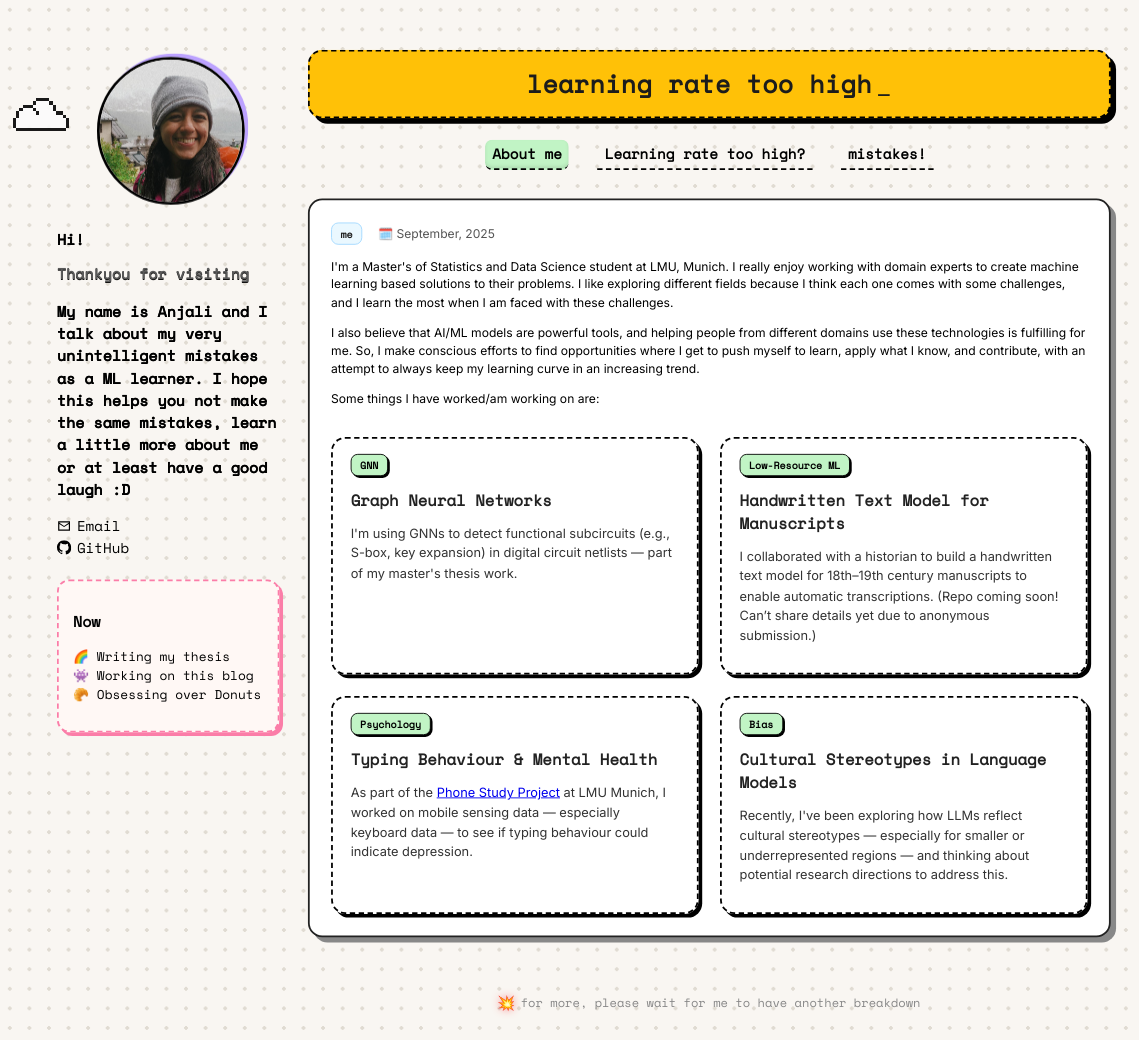
Repository: anjalisarawgi/learning_rate_too_high
Page: index.html
An editor plug-in stored every save of this project. The page is shown before and after the next save, followed by the edit.
The browser window is 1280 px wide. The pictures show the whole page, at 89% of full size.

Above is the page before, as saved 2025-11-03 18:28:15.

### index.html
<!DOCTYPE html>
<html lang="en">
<head>
  <meta charset="UTF-8" />
  <meta name="viewport" content="width=device-width, initial-scale=1.0" />
  <meta name="title" content="Learning Rate Too High – Machine Learning Mistakes by Anjali Sarawgi">
  <meta name="description" content="A lighthearted blog documenting my ML experiments, mistakes, and lessons learned.">
  <meta name="author" content="Anjali Sarawgi">
  <meta name="robots" content="index, follow">
  <link rel="canonical" href="https://anjalisarawgi.github.io/learning_rate_too_high/">
  <title>learning rate too high</title>
  <!-- <link href="https://fonts.googleapis.com/css2?family=Space+Mono&family=Press+Start+2P&display=swap" rel="stylesheet"> -->
  <link href="https://fonts.googleapis.com/css2?family=Space+Mono&family=Press+Start+2P&family=Inter&display=swap" rel="stylesheet">
  <style>
    body {
      font-family: 'Space Mono', monospace;
      background-color: #F9F6F2;
      margin: 0;
      padding: 2rem;
      /* background-image: radial-gradient(#ebe9e9 2px, transparent 1px); */
      background-image: radial-gradient(#E0DBD2 2px, transparent 2px);
      background-size: 22px 22px;
    }

    header {
      background: #FFC107;
      color: #1C1C1C;
      padding: 1rem 2rem;
      font-size: 1.75rem;
      font-weight: 700;
      font-family: 'Space Mono', monospace;
      border: 2px dashed #000;
      border-radius: 1rem;
      box-shadow: 6px 6px 0 #000;
      max-width: 900px;
      margin: 1.5rem auto;
      text-align: center;
      letter-spacing: 0.5px;
      transition: all 0.2s ease;

    }

    .cursor {
      display: inline-block;
      margin-left: 0.3rem;
      animation: blink 1s steps(2, start) infinite;
      font-weight: 400;
    }

    @keyframes blink {
      to {
        visibility: hidden;
      }
    }

    nav {
      display: flex;
      justify-content: center;
      gap: 2rem;
      margin: 1.5rem 0;
      flex-wrap: wrap;
    }

    nav a {
  text-decoration: none;
  color: #000;
  font-weight: bold;
  border-bottom: 2px dashed #000;
  padding: 0.25rem 0.5rem;
  transition: all 0.2s ease;
}

nav a:hover {
  background: #A9E6AE; /* slightly darker green */
  border-radius: 0.5rem;
  transform: scale(1.05);
}

nav a.active {
  background: #C1F4C5; /* light green */
  border-radius: 0.5rem;
  font-weight: 700;
  box-shadow: inset 0 -2px 4px rgba(0,0,0,0.1);
}

    .card {
      background: #fff;
      border: 2px solid #222;
      border-radius: 1rem;
      box-shadow: 6px 6px 0 #888;
      padding: 1.5rem;
      margin: 2rem auto;
      max-width: 900px;
      transition: all 0.2s ease;


    }

    .card:hover {
      box-shadow: 8px 8px 0 #aaa;
      transform: translate(-2px, -2px);
    }

    .card h2 {
      margin-top: 0;
      color: #222;
    }

    .card small {
      color: #555;
    }

    .tag {
      display: inline-block;
      background: #EAF8FF;
      color: #1C1C1C;
      border: 1px solid #A1D8FF;
      font-size: 0.7rem;
      font-weight: bold;
      padding: 0.2rem 0.6rem;
      margin-right: 0.5rem;
      border-radius: 0.5rem;
    }

    .footer-cta {
      text-align: center;
      margin-top: 4rem;
      font-size: 1rem;
    }

    .now-block {
  background: #fff8f5;
  border: 2px dashed #FB7DA8;   /* soft coral-red border */
  box-shadow: 4px 4px 0 #FB7DA8; /* peach-orange shadow */
  border-radius: 0.85rem;
  padding: 1rem;
  font-size: 0.9rem;
  color: #000;
  margin-top: 1.5rem;
  transition: all 0.25s ease;
}

.now-block:hover {
  transform: translate(-2px, -2px);
  box-shadow: 6px 6px 0 #ffccb6;
  background: #fff4f0;
}
    footer {
      text-align: center;
      margin-top: 4rem;
      color: #888;
      font-size:
       0.85rem;
    }

    .intro-bold {
      font-weight: 700;
      font-size: 1.05rem;
      /* color: #111; */
      text-shadow: 0.1px 0.1px #111
    }
    .cute-photo {
  width: 160px;
  height: 160px;
  object-fit: cover;
  border: 3px solid #000;
  box-shadow: 4px 4px 0 #bca2ff;
  /* box-shadow: 4px 4px 0 #a2d2ff; soft blue shadow */
    /* box-shadow: 4px 4px 0 #f4a7a0; pastel red shadow */
  background-color: #fff8e1;
  background: radial-gradient(circle at 30% 30%, #fff8e1 0%, #f2e3ff 80%);
  border-radius: 50%;
  margin: 0 auto 1.5rem auto;
  display: block;

  /* Proper flower mask pattern */
  mask: radial-gradient(circle at center, black 60%, transparent 61%)
        repeat-conic-gradient(black 0deg 20deg, transparent 20deg 40deg);
  -webkit-mask: radial-gradient(circle at center, black 60%, transparent 61%)
                repeat-conic-gradient(black 0deg 20deg, transparent 20deg 40deg);
  mask-composite: intersect;
  -webkit-mask-composite: destination-in;

  transition: transform 0.3s ease;
  transform: rotate(-90deg);
}

.pumpkin-mascot {
  position: fixed;
  bottom: 20px;
  right: 20px;
  width: 60px;
  image-rendering: pixelated; /* keeps that crisp pixel look */
  z-index: 1000;
  transition: transform 0.3s ease;
}
.pumpkin-mascot:hover {
  transform: rotate(8deg) scale(1.1);
}


.profile-photo {
  position: relative;
  z-index: 2;  /* photo stays in front */
  width: 200px; /* adjust to your photo size */
  border-radius: 12px;
}

.photo-container {
  position: relative;
  width: 160px;      /* match your photo size */
  height: 160px;
  margin: 0 auto 2rem auto;
}

.cute-photo {
  position: relative;
  z-index: 2;         /* bring photo above */
  width: 160px;
  height: 160px;
  object-fit: cover;
  border: 3px solid #000;
  box-shadow: 4px 4px 0 #bca2ff;
  background-color: #fff8e1;
  background: radial-gradient(circle at 30% 30%, #fff8e1 0%, #f2e3ff 80%);
  border-radius: 50%;
  display: block;
  margin: 0 auto;
  transition: transform 0.3s ease;
  transform: rotate(-90deg);
}

.cloud-behind {
  position: absolute;
  top: 20px;
  left: -100px;
  width: 120px;
  z-index: 1;          /* this ensures it’s BEHIND the photo */
  image-rendering: pixelated;
  animation: floatCloud 18s ease-in-out infinite;
  opacity: 0.8;
  pointer-events: none; /* prevents blocking clicks on the photo */
}

@keyframes floatCloud {
  0% {
    transform: translateX(-60px);
    opacity: 0.6;
  }
  25% {
    transform: translateX(0);
    opacity: 0.9;
  }
  50% {
    transform: translateX(60px);
    opacity: 0.9;
  }
  75% {
    transform: translateX(0);
    opacity: 0.8;
  }
  100% {
    transform: translateX(-60px);
    opacity: 0.6;
  }
}


.emoji {
  display: inline-block;
  animation: emojiWiggle 2.5s infinite ease-in-out;
  transform-origin: center;
}

@keyframes emojiWiggle {
  0%, 100% {
    transform: rotate(0deg);
  }
  25% {
    transform: rotate(8deg);
  }
  50% {
    transform: rotate(-8deg);
  }
  75% {
    transform: rotate(4deg);
  }
}

.cute-photo:hover {
  box-shadow: 0 0 10px rgba(188, 162, 255, 0.4);
  transform: scale(1.05);
}
    /* .cute-photo:hover {
  transform: rotate(2deg) scale(1.05);
  transition: all 0.3s ease;
} */
    /* Make text inside .card paragraphs and lists use Inter instead of Space Mono */
/* Card body text with smaller, cleaner font */
.card p,
.card li,
.card small {
  font-family: 'Inter', sans-serif;
  font-size: 0.85rem;       /* Smaller size */
  line-height: 1.5;         /* Keep good spacing */
}

/* Card headings stay Space Mono */
.card h2 {
  font-family: 'Space Mono', monospace;
  font-size: 1.3rem;         /* Optional: Slightly smaller heading too */
}
ul li {
  margin-bottom: 0.7rem; /* adjust value as needed */
  line-height: 1.6; /* optional: improves readability */
}
.project-card {
  background: #CFDF*D;
  border: 2px dashed #000;
  border-radius: 1rem;
  box-shadow: 4px 4px 0 #000;
  padding: 1rem 1.25rem;
  margin: 0;
  transition: all 0.25s ease;
}


.project-card:hover {
  transform: translate(-2px, -2px);
  box-shadow: 6px 6px 0 #666;
  background: #FFF5D9;
}

.project-card h4 {
  font-family: 'Space Mono', monospace;
  font-size: 1.1rem;
  margin: 0.4rem 0;
  color: #222;
}

.project-card p {
  font-family: 'Inter', sans-serif;
  font-size: 0.9rem;
  line-height: 1.55;
  color: #333;
}

.project-card .tag {
  display: inline-block;
  background: #C1F4C5;
  border: 1px solid #000;
  border-radius: 0.5rem;
  font-size: 0.7rem;
  font-weight: bold;
  padding: 0.2rem 0.6rem;
  margin-bottom: 0.4rem;
  color: #000;
  box-shadow: 2px 2px 0 #000;
}

.projects-section {
  display: grid;
  grid-template-columns: repeat(auto-fit, minmax(320px, 1fr));
  gap: 1.5rem;
  margin-top: 2rem;
}
.projects-section h3 {
  font-family: 'Space Mono', monospace;
  font-size: 1.2rem;
  margin-top: 2rem;
  color: #222;
  text-shadow: 1px 1px #fff;
}

footer .boom {
  display: inline-block;
  animation: boomPulse 2s infinite;
  filter: drop-shadow(0 0 4px rgba(255, 0, 0, 0.4));
}

@keyframes boomPulse {
  0%, 100% { transform: scale(1); }
  50% { transform: scale(1.2); }
}


  </style>
</head>
<body>
  <div style="display: flex; max-width: 1400px; margin: 0 auto;">
    <aside style="width: 250px; padding: 2rem; font-family: 'Space Mono', monospace;">
      <!-- <img
      src="myphoto2.jpeg"
      alt="Anjali Sarawgi"
      class="cute-photo"> -->
      <div class="photo-container">
        <img src="cloud_image.png" alt="Cloud mascot" class="cloud-behind">
        <img src="myphoto2.jpeg" alt="Anjali photo" class="cute-photo">
      </div>
      <h2 class="intro-bold" style="margin-top: 0;">Hi!</h2>
      <h3 class="intro-bold" style="margin-top: 0; color: #5a5a5a;">Thankyou for visiting</h3>
      <p class="intro-bold">
        My name is <strong>Anjali</strong> and I talk about my very unintelligent mistakes as a ML learner. I hope this helps you not make the same mistakes, learn a little more about me or at least have a good laugh :D
      </p>

      <a href="mailto:anjali.sarawgi9@gmail.com" style="display: flex; align-items: center; gap: 0.4rem; text-decoration: none; color: #000;">
        <!-- Email Icon -->
        <svg xmlns="http://www.w3.org/2000/svg" width="16" height="16" fill="currentColor" viewBox="0 0 24 24">
          <path d="M2 4h20v16H2V4zm2 2v.511l8 5.334 8-5.334V6H4zm0 2.489V18h16V8.489l-8 5.333-8-5.333z"/>
        </svg>
        <span>Email</span>
      </a>

      <!-- <a href="https://www.linkedin.com/in/anjali-sarawgi" target="_blank" style="display: flex; align-items: center; gap: 0.4rem; text-decoration: none; color: #000;">
        <svg xmlns="http://www.w3.org/2000/svg" width="16" height="16" fill="currentColor" viewBox="0 0 24 24">
          <path d="M4.98 3.5C4.98 4.88 3.88 6 2.5 6S0 4.88 0 3.5 1.12 1 2.5 1 4.98 2.12 4.98 3.5zM.5 8.49h4V24h-4V8.49zm7.5 0h3.84v2.11h.05c.54-1.01 1.84-2.07 3.79-2.07 4.05 0 4.8 2.66 4.8 6.12V24h-4v-7.79c0-1.86-.03-4.26-2.59-4.26-2.59 0-2.99 2.02-2.99 4.11V24h-4V8.49z"/>
        </svg>
        <span>LinkedIn</span>
      </a> -->

      <!-- GitHub -->
      <a href="https://github.com/anjalisarawgi" target="_blank" style="display: flex; align-items: center; gap: 0.4rem; text-decoration: none; color: #000;">
        <svg xmlns="http://www.w3.org/2000/svg" width="16" height="16" fill="currentColor" viewBox="0 0 24 24">
          <path d="M12 0C5.37 0 0 5.37 0 12a12 12 0 008.21 11.43c.6.11.82-.26.82-.58v-2.02c-3.34.73-4.04-1.61-4.04-1.61-.55-1.38-1.35-1.75-1.35-1.75-1.1-.76.08-.74.08-.74 1.22.09 1.87 1.25 1.87 1.25 1.08 1.85 2.84 1.31 3.54 1 .11-.79.42-1.31.76-1.61-2.66-.3-5.47-1.33-5.47-5.91 0-1.31.47-2.38 1.24-3.22-.12-.3-.54-1.52.12-3.17 0 0 1-.32 3.29 1.23A11.45 11.45 0 0112 6.84c1.02.01 2.04.14 3 .42 2.29-1.55 3.29-1.23 3.29-1.23.66 1.65.24 2.87.12 3.17.77.84 1.24 1.91 1.24 3.22 0 4.6-2.82 5.61-5.5 5.91.43.37.81 1.09.81 2.21v3.27c0 .32.22.69.83.57A12 12 0 0024 12c0-6.63-5.37-12-12-12z"/>
        </svg>
        <span>GitHub</span>
      </a>


      <!-- Google Scholar -->
      <!-- <a href="https://scholar.google.com/citations?user=S54iOkAAAAAJ&hl=en" target="_blank" style="display: flex; align-items: center; gap: 0.4rem; text-decoration: none; color: #000;">
        <svg xmlns="http://www.w3.org/2000/svg" width="16" height="16" fill="currentColor" viewBox="0 0 24 24">
          <path d="M12 2L1 12l3.29 3.29L12 6.41l7.71 8.88L23 12zM12 8.5l-6 6V22h12v-7.5l-6-6z"/>
        </svg>
        <span>Google Scholar</span>
      </a> -->


      <div class="now-block">
        <h3>Now</h3>
        <!-- <p>🌈 Writing my thesis<br>👾 Working on this blog <br>🥐 Obsessing over Donuts</p> -->
        <p>
          <span class="emoji">🌈</span> Writing my thesis<br>
          <span class="emoji">👾</span> Working on this blog<br>
          <span class="emoji">🥐</span> Obsessing over Donuts
        </p>
      </div>
    </aside>

    <main style="flex: 1;">
      <header>learning rate too high<span class="cursor">_</span></header>
      <nav>
        <a href="#" data-tab="about" class="active" >About me</a>
        <a href="#" data-tab="loss-infinity">Learning rate too high?</a>
        <a href="#" data-tab="loss-infinity">mistakes!</a>
        <!-- <a href="#" data-tab="raw-text">uncertainity?</a> -->
        <!-- <a href="#" data-tab="wrong-script">wrong script AGAIN!</a> -->
        <!-- <a href="#" data-tab="wrong-script">package version/s</a> -->
        <!-- <a href="#" data-tab="wrong-script">parameters are IMP</a> -->
        <!-- <a href="#" data-tab="wrong-script">some research directions i think of</a> -->
        <!-- <a href="#" data-tab="wrong-script">the data problem</a> -->

        <!-- <a href="#" data-tab="shuffled-labels">shuffled labels</a> -->
      </nav>

      <div class="card" data-tab-content="wrong-script" style="display: none;">
        <div class="tag">bug</div><div class="tag">torch</div>
        <h2>correct code ... wrong script in training</h2>
        <small>🗓️ May, 2025</small>
        <p>I trained a model. I tweaked layers. I changed the loss function. I cursed PyTorch.<br>Nothing changed.<br><br>Turns out, I was editing <code>train.py</code> in folder A and running <code>train.py</code> in folder B. The curse was me.</p>
      </div>

      <div class="card" data-tab-content="loss-infinity" style="display: none;">
        <div class="tag">loss</div><div class="tag">div/0</div>
        <h2>loss infinity</h2>
        <small>🗓️ Jul 10, 2025</small>
        <p>My model diverged so hard it reached theological questions.<br>Turns out I forgot to normalize the input. Again. And again. And again...</p>
      </div>

      <div class="card" data-tab-content="raw-text" style="display: none;">
        <div class="tag">gnn</div><div class="tag">raw text</div>
        <h2>raw text to GNN</h2>
        <small>🗓️ Jun 5, 2025</small>
        <p>I tried putting raw text directly into a GNN.<br>It screamed. I listened.<br>Don't do it.</p>
      </div>

      <div class="card" data-tab-content="shuffled-labels" style="display: none;">
        <div class="tag">labels</div><div class="tag">oops</div>
        <h2>shuffled labels</h2>
        <small>🗓️ May 18, 2025</small>
        <p>I shuffled my data and accidentally shuffled the labels *separately*.<br>The model got creative, but not in a good way.</p>
      </div>

      <div class="card" data-tab-content="about" style="display: block;">
        <div class="tag">me</div>
        <!-- <h2>About me</h2> -->
        <small>🗓️ September, 2025</small>
        <!-- <h2>Hi, I'm Anjali ✨</h2> -->
        <p>I'm a Master's  of Statistics and Data Science student at LMU, Munich. I really enjoy working with domain experts to create machine learning based solutions to their problems. I like exploring different fields because I think each one comes with some challenges, and I learn the most when I am faced with these challenges.        </p>
        <p>I also believe that AI/ML models are powerful tools, and helping people from different domains use these technologies is fulfilling for me. So, I make conscious efforts to find opportunities where I get to push myself to learn, apply what I know, and contribute, with an attempt to always keep my learning curve in an increasing trend.</p>
        <p>Some things I have worked/am working on are:</p>
        <div class="projects-section">
          <div class="project-card">
            <div class="tag">GNN</div>
            <h4>Graph Neural Networks</h4>
            <p>
              I'm using GNNs to detect functional subcircuits (e.g., S-box, key expansion)
              in digital circuit netlists — part of my master's thesis work.
            </p>
          </div>

          <div class="project-card">
            <div class="tag">Low-Resource ML</div>
            <h4>Handwritten Text Model for Manuscripts</h4>
            <p>
              I collaborated with a historian to build a handwritten text model for
              18th–19th century manuscripts to enable automatic transcriptions.
              (Repo coming soon! Can’t share details yet due to anonymous submission.)
            </p>
          </div>

          <div class="project-card">
            <div class="tag">Psychology</div>
            <h4>Typing Behaviour & Mental Health</h4>
            <p>
              As part of the <a href="https://phonestudy.org/en/" target="_blank">Phone Study Project</a> at LMU Munich,
              I worked on mobile sensing data — especially keyboard data —
              to see if typing behaviour could indicate depression.
            </p>
          </div>

          <div class="project-card">
            <div class="tag">Bias</div>
            <h4>Cultural Stereotypes in Language Models</h4>
            <p>
              Recently, I've been exploring how LLMs reflect cultural stereotypes —
              especially for smaller or underrepresented regions —
              and thinking about potential research directions to address this.
            </p>
          </div>
        </div>

        <!-- <ul>
          <li><strong>Graph Neural Networks</strong> -> I am using GNNs to detect functional subcircuits (e.g., Sbox, key expansion) in digital circuit netlists. This is a part of my master's thesis.
          <li><strong>Low-Resource ML</strong> -> I collaborated with a historian to build a handwritten text model for 18th and 19th century manuscripts to enable automatic transcriptions (repo to be released soon!) [<i>cannot say alot about this since we have a anonymous conference submission</i>]
          <li><strong>Psycological Research</strong> -> At LMU, Munich, I worked for the Phone study project (https://phonestudy.org/en/), where they capture and study mobile sensing data for finding methods to understand the users mental health. Here, very interestingly I worked on the keyboard data, where I prepared the data, and created features to see if users typing behaviour can indicate depression.
          <li><strong>Cultural bias</strong> -> Very recently, I have been very intrigued with the cultural stereotypes most large language models capture, especially the smaller and less represented regions, and I have been trying to infer these behaviours to see for another possible research direction i could work on this winter of 2025.  -->
             <!-- Particularly, I am curious to evaluate how these models handle smaller or less represented regions, for example Nepal. I think it would be very interesting to see if we can identify and solve for the biases in the dataset it was trained on itself. -->
        <!-- </ul> -->
      </div>
      <footer>
        <span class="boom">💥</span> for more, please wait for me to have another breakdown
      </footer>
      <!-- <img src="Cloud.png" alt="Cloud mascot" class="cloud-mascot"> -->
    </main>
  </div>

  <!-- JS for tab switching -->
  <script>
    const tabs = document.querySelectorAll('nav a');
    const cards = document.querySelectorAll('[data-tab-content]');

    tabs.forEach(tab => {
      tab.addEventListener('click', (e) => {
        e.preventDefault();
        const target = tab.getAttribute('data-tab');

        // Hide all cards
        cards.forEach(card => {
          card.style.display = 'none';
        });

        // Remove 'active' class from all tabs
        tabs.forEach(t => t.classList.remove('active'));

        // Add 'active' to clicked tab
        tab.classList.add('active');

        // Show the matching card
        const activeCard = document.querySelector(`[data-tab-content="${target}"]`);
        if (activeCard) activeCard.style.display = 'block';
      });
    });
  </script>
</body>
</html>

After the next save:
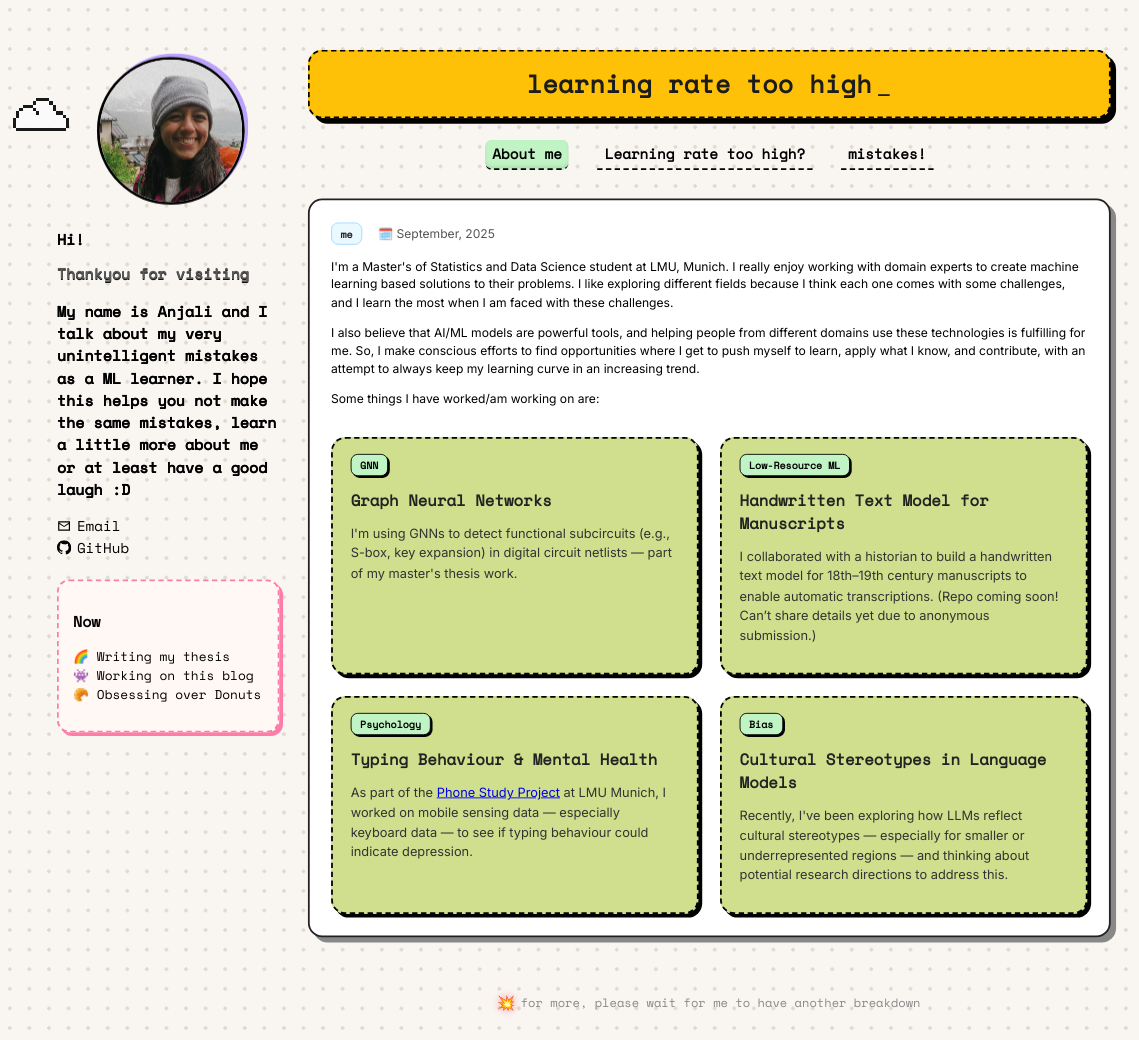
Saved 4 s later.
--- a/index.html
+++ b/index.html
@@ -315,7 +315,7 @@ ul li {
   line-height: 1.6; /* optional: improves readability */
 }
 .project-card {
-  background: #CFDF*D;
+  background: #CFDF8D;
   border: 2px dashed #000;
   border-radius: 1rem;
   box-shadow: 4px 4px 0 #000;
